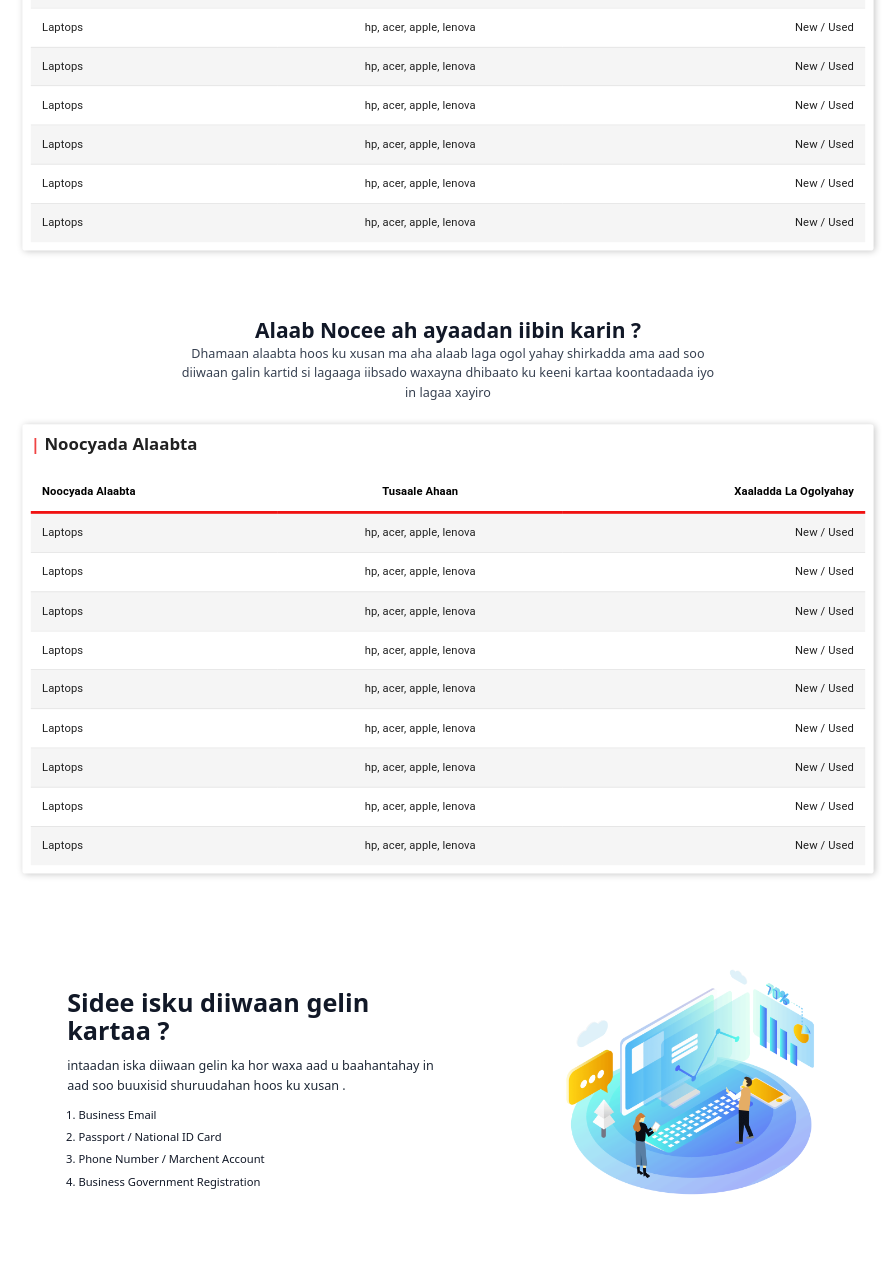
Repository: muraadso/Muraadso-Sellers
Page: /
These files come from the project's save history. The page is drawn as it stood at one moment and after the next save; the edit follows.
The browser window is 1280 px wide. The pictures show the part of the page from y = 2720 to 4640 px (the page is 4540 px tall before and 4640 px after), at 70% of full size.
The project was rebuilt for these pictures with package versions that can differ from the ones it lists, and the page was loaded fresh each time. The framework's server and built-in components were replaced by stand-ins that run in the browser. Also part of the build but not shown: next.config.js.

Above is the page before, as saved 2021-12-08 08:45:12.

### pages/_app.js
import '../styles/globals.css'
 import 'tailwindcss/tailwind.css'
import { Layout } from '../components/Layout'


function MyApp({ Component, pageProps }) {
  return (
    <Layout>
      <Component {...pageProps} />
    </Layout>
  )
}

export default MyApp

### pages/index.js
import Head from 'next/head'
import Image from 'next/image'
import Hero from '../components/Hero'
import About from '../components/About'
import Howtoreg from '../components/Howtoreg'
import Whatsell from '../components/Whatsell'
import styles from '../styles/Home.module.css'
import { How } from '../components/How'
import { style } from '@mui/system'


export default function Home() {
  return (
    <div className={styles.container}>
      <Head>
        <title>Muraadso Sellers</title>
        <meta name="description" content="Generated by create next app" />
        <link rel="icon" href="/favicon.ico" />
      </Head>
      <Hero />
      <About />
      <How />
      <Whatsell />
      <Howtoreg />
    </div>
  )
}

### styles/globals.css
@import url('https://fonts.googleapis.com/css2?family=Lato:ital,wght@0,300;0,400;0,700;0,900;1,700&family=Poppins:wght@200;300;400;500;600;700&display=swap');
html,
body {
  padding: 0;
  margin: 0;
}

a {
  color: inherit;
  text-decoration: none;
}

* {
  box-sizing: border-box;
}


.navbar {
  box-shadow: 2px 1px 7px rgba(0, 0, 0, 0.226);
  font-family: 'Poppins', sans-serif  ;
  font-weight: 500;

}
  .logo{
    font-family: 'Lato', sans-serif;
    font-weight: 700;
    color: rgb(233, 59, 59);
    font-size: 20px ;
  }
  .how-card{
    position: relative;
    box-shadow: 0 2px 10px rgba(0, 0, 0, 0.336) ;
  }
  .regimage{
    height: 400px;
  }




@media screen and  (max-width: 768px){
  .nav{
    padding-top: 40px;
    display: flex;
    flex-direction: column;

  }

  .how-card{
  margin-bottom: 25px;
}

.tablle{
  margin-bottom: 90px;
}
.tablle2{

}
 TableContainer{
   background-color: red;
   display: hidden;
 }

}




@tailwind base;
@tailwind components;
@tailwind utilities

### components/Layout.js
import Navbar from "./Navbar"
import Footer from "./Footer"

export const Layout = ({children}) => {
    return (
        <div className="layout">
            <Navbar />
                {children}
            <Footer />



        </div>
    )
}

### components/Hero.jsx
const Hero = () => {
    return (
        <div className="md:grid-cols-2 md:grid md:mt-11 hero">
                <div className="md:px-16 md:py-36 py-11 herotxt">
                    <h6 className="px-2 font-medium text-gray-500">ku iibi muraadso</h6>
                    <h1 className="my-5 text-3xl font-bold text-gray-800 capitalize md:font-bold md:text-gray-800 md:capitalize lg:text-6xl">sidee ugu iibin krtaa <br /> alaabtaada <span  className="text-red-600 md:text-red-600">muraadso</span></h1>

                    <p className="text-gray-700 md:text-left">
                         Whether you’ve already got an established e-commerce business , a great idea for a new product, or you just have a passion for selling, here’s how to take that next step with Muraadso </p>
                </div>

                <div className="heroimg">
                    <img className="w-4/4 "  src="/images/heroimage.png" alt="heroimage" />
                </div>
        </div>
    )
}

export default Hero

### components/About.jsx

const About = () => {
    return (
        <div className="mt-32">
            <h1 className="text-3xl font-bold text-center">Ku Iibso Muraadso</h1>
            <div className="gap-0 md:px-16 md:grid-cols-2 md:grid about-content">
                <div className="mt-12 aboutimg">
                  <img src="/images/aboutimage.png" className="md:h-96" alt="about image" />
                </div>
                <div className="md:mt-20 mt-11 about-text">
                    <p className="text-xl text-justify">
                        Muraadso waa hogaanka suuqa casriga ee online waana suuq aad ku iibin kartid alaabtaada, ahaw ganacsade alaabta sameeya, mid soo dajiya, si fudud ayaad ugu iibin kartaa suuqa casriga muraadso, sidoo kale ka mid noqo ganacsiyada shabakada internet ku iibiya alaabaha adiga oon ku kharash badan galin, kana faa’idaysanaya khubarada team ka muraadso helayana tobabaro iyo caawimo sidaad ugu iibin lahayd muraadso dhexdeeda Ku dhex iibta muraadso waa wax fudud sidoo kalena kharash yari kaaga bixi karo ama wax kharash ahi kaa baxayn, kaliya waxa lagaaga bahanyay in aad is diwaan galisid, kuna gurtid alaabta aad haysid online shirkada sidaana aad ku bilawdid iibka alaabtaada....<span className="text-red-600">Read More</span>
                    </p>
                </div>


            </div>
        </div>
    )
}

export default About

### components/Howtoreg.jsx
import React from 'react'

const Howtoreg = () => {
  return (
    <div className="flex flex-col md:flex-row md:p-16 howtoreg">
      <div className="grid items-center justify-between md:grid-cols-2 registerdoc">
        <div className="space-y-4 regcontent">
          <h1 className="text-xl font-bold text-gray-900 md:text-4xl">Sidee isku diiwaan gelin kartaa ?</h1>
          <p className="text-lg text-gray-800 ">intaadan iska diiwaan gelin ka hor waxa aad u baahantahay in aad
            soo buuxisid shuruudahan hoos ku xusan .</p>
            <ol className="ml-4 space-y-2 font-medium text-gray-900 list-decimal">
              <li>Business Email</li>
              <li>Passport / National ID Card</li>
              <li>Phone Number / Marchent Account </li>
              <li>Business Government Registration</li>
            </ol>
        </div>
        <div className="flex items-center justify-end regimage">
          <img className="regimage" src="/images/registrationn.png" alt="" />
        </div>

      </div>


    </div>
  )
}

export default Howtoreg

### components/Whatsell.jsx
import * as React from 'react';
import { styled } from '@mui/material/styles';
import Table from '@mui/material/Table';
import TableBody from '@mui/material/TableBody';
import TableCell, { tableCellClasses } from '@mui/material/TableCell';
import TableContainer from '@mui/material/TableContainer';
import TableHead from '@mui/material/TableHead';
import TableRow from '@mui/material/TableRow';
import Paper from '@mui/material/Paper';

const StyledTableCell = styled(TableCell)(({ theme }) => ({

  [`&.${tableCellClasses.head}`]: {
    backgroundColor: theme.palette.common.white,
    color: theme.palette.common.black,
    borderBottom: '4px solid rgb(240, 17, 17)' ,
    fontSize: '16px',
    fontWeight: '600',

  },
  [`&.${tableCellClasses.body}`]: {
    fontSize: 16,
  },
}));

const StyledTableRow = styled(TableRow)(({ theme }) => ({
  '&:nth-of-type(odd)': {
    backgroundColor: theme.palette.action.hover,


  },
  // hide last border
  '&:last-child td, &:last-child th': {
    border: 0,
  },
}));





function createData(noocaAlaabta, tusaale, xaaladda) {
  return { noocaAlaabta, tusaale, xaaladda };
}

const rows = [
  createData('Laptops', 'hp, acer, apple, lenova ', 'New / Used'),
  createData('Laptops', 'hp, acer, apple, lenova ', 'New / Used'),
  createData('Laptops', 'hp, acer, apple, lenova ', 'New / Used'),
  createData('Laptops', 'hp, acer, apple, lenova ', 'New / Used'),
  createData('Laptops', 'hp, acer, apple, lenova ', 'New / Used'),
  createData('Laptops', 'hp, acer, apple, lenova ', 'New / Used'),
  createData('Laptops', 'hp, acer, apple, lenova ', 'New / Used'),
  createData('Laptops', 'hp, acer, apple, lenova ', 'New / Used'),
  createData('Laptops', 'hp, acer, apple, lenova ', 'New / Used'),

];

export default function Whatsell() {
  return (
      <>
    <div className="flex flex-col items-center md:justify-center tablle ">
                <h1 className="text-xl font-bold text-center text-gray-900 md:text-3xl">Alaab Nocee ah ayaad iibin kartaa ?</h1>
                <p className="max-w-3xl mb-8 text-sm text-center text-gray-700 md:text-lg">Waxay ku xirantahy alaabta noceeda, xaaladda alaabta, Category-ga, iyo Brand-ka .
                table-ka hoos ku xusan waxa uu kutusayaa Categoriyada shirkaddu ay ogoshahay iibintooda
                iyo kuwa aysan ogolayn xaaladaha lagu iibinkaro </p>

            <TableContainer className="mw-screen-lg TableContainer" component={Paper} sx={{ padding: "12px", maxWidth: 1500, boxShadow: '2px 1px 11px rgba(0, 0, 0, 0.226)' }}>
        <h1 className="mb-6 text-2xl font-bold "> <span className="font-black text-red-500 ">|</span> Noocyada Alaabta</h1>
      <Table sx={{ minWidth: 700 }} aria-label="customized table">
        <TableHead>
          <TableRow>
            <StyledTableCell>Noocyada Alaabta</StyledTableCell>
            <StyledTableCell align="center"> Tusaale Ahaan</StyledTableCell>
            <StyledTableCell align="right">Xaaladda La Ogolyahay</StyledTableCell>
          </TableRow>
        </TableHead>
        <TableBody>
          {rows.map((row) => (
            <StyledTableRow key={row.noocaAlaabta} sx={{backgroundColor: 'white'}}>
              <StyledTableCell component="th" scope="row">
                {row.noocaAlaabta}
              </StyledTableCell>
              <StyledTableCell   align="center">{row.tusaale}</StyledTableCell>
              <StyledTableCell align="right">{row.xaaladda}</StyledTableCell>
            </StyledTableRow>
          ))}
        </TableBody>
      </Table>
    </TableContainer>

    </div>

    <div className="flex flex-col items-center justify-center mt-24 tablle2 mb-11">
            <h1 className="text-xl font-bold text-center text-gray-900 md:text-3xl">Alaab Nocee ah ayaadan iibin karin ?</h1>
            <p className="max-w-3xl mb-8 text-sm text-center text-gray-700 md:text-lg">Dhamaan alaabta hoos ku xusan ma aha alaab laga ogol yahay shirkadda
                ama aad soo diiwaan galin kartid si lagaaga iibsado waxayna dhibaato
                ku keeni kartaa koontadaada iyo in lagaa xayiro</p>

            <TableContainer className="" component={Paper} sx={{ padding: "12px", maxWidth: 1400, boxShadow: '2px 1px 11px rgba(0, 0, 0, 0.226)' }}>
                        <h1 className="mb-6 text-2xl font-bold"> <span className="font-black text-red-500 ">|</span> Noocyada Alaabta</h1>
      <Table sx={{ minWidth: 700 }} aria-label="customized table">
        <TableHead className="" >
          <TableRow className="">
            <StyledTableCell>Noocyada Alaabta</StyledTableCell>
            <StyledTableCell align="center"> Tusaale Ahaan</StyledTableCell>
            <StyledTableCell align="right">Xaaladda La Ogolyahay</StyledTableCell>
          </TableRow>
        </TableHead>
        <TableBody>
          {rows.map((row) => (
            <StyledTableRow key={row.noocaAlaabta} sx={{backgroundColor: 'white'}}>
              <StyledTableCell  component="th" scope="row">
                {row.noocaAlaabta}
              </StyledTableCell>
              <StyledTableCell   align="center">{row.tusaale}</StyledTableCell>
              <StyledTableCell align="right">{row.xaaladda}</StyledTableCell>
            </StyledTableRow>
          ))}
        </TableBody>
      </Table>
    </TableContainer>

    </div>

     </>
  );
}

### components/How.jsx
export const How = () => {
    return (
        <div className="flex flex-col items-center justify-center mt-32 mb-24 how md:gap-y-4 gap-y-11">
            <div className="howheader">
            <h2 className="text-4xl font-bold text-center">Sidee u shaqaysaa</h2>
            <p className="mt-2 text-lg text-center text-gray-600">habka uu ushaqeeyo adeegan waa sidatan hoos ku xusan</p>
            </div>
            <div className="h-full md:p-16 md:gap-4 gap-72 md:grid-cols-4 md:grid howsteps">

                <div className="relative max-h-full p-6 bg-white border-4 border-red-400 rounded how-card ">
                    <div className="flex items-center justify-center my-4 card-icon ">
                        <img  src="./icons/register.png" alt="register" />

                    </div>
                    <div className="mb-4 text-xl text-center text-gray-800 cardbody">
                        Macmiil iska diiwaan geli adeega, 24h kadib waxad helaysa fariin ah in lagu aqbalay
                    </div>
                    <div className="absolute flex items-center justify-center w-10 h-10 font-bold text-red-500 bg-white border-2 border-red-500 rounded-full md:left-36 -bottom-5 md:left-40 left-36 place-content-center card-number"> <h2>1</h2></div>
                </div>


                <div className="relative max-h-full p-6 bg-white border-4 border-red-400 rounded how-card ">
                    <div className="flex items-center justify-center my-4 card-icon ">
                        <img className="h-24"  src="./icons/features.png" alt="register" />
                    </div>
                    <div className="mb-4 text-xl text-center text-gray-800 cardbody">
                        Macmiil iska diiwaan geli adeega, 24h kadib waxad helaysa fariin ah in lagu aqbalay
                    </div>
                    <div className="absolute flex items-center justify-center w-10 h-10 font-bold text-red-500 bg-white border-2 border-red-500 rounded-full md:left-36 -bottom-5 md:left-40 left-36 place-content-center card-number"> <h2>2</h2></div>
                </div>




                <div className="relative max-h-full p-6 bg-white border-4 border-red-400 rounded how-card ">
                    <div className="flex items-center justify-center my-4 card-icon ">
                        <img className="h-24"  src="./icons/verified.png" alt="register" />

                    </div>
                    <div className="mb-4 text-xl text-center text-gray-800 cardbody">
                        Macmiil iska diiwaan geli adeega, 24h kadib waxad helaysa fariin ah in lagu aqbalay
                    </div>
                    <div className="absolute flex items-center justify-center w-10 h-10 font-bold text-red-500 bg-white border-2 border-red-500 rounded-full md:left-36 -bottom-5 md:left-40 left-36 place-content-center card-number"> <h2>3</h2></div>
                </div>


                <div className="relative max-h-full p-6 bg-white border-4 border-red-400 rounded how-card ">
                    <div className="flex items-center justify-center my-4 card-icon ">
                        <img className="h-24"  src="./icons/givemoney.png" alt="register" />

                    </div>
                    <div className="mb-4 text-xl text-center text-gray-800 cardbody">
                        Macmiil iska diiwaan geli adeega, 24h kadib waxad helaysa fariin ah in lagu aqbalay
                    </div>
                    <div className="absolute flex items-center justify-center w-10 h-10 font-bold text-red-500 bg-white border-2 border-red-500 rounded-full md:left-36 -bottom-5 md:left-40 left-36 place-content-center card-number"> <h2>4</h2></div>
                </div>

            </div>
            <p className="text-center text-gray-800">Wixii faahfaahin ah waxaad kala xiriiri kartaa lambaradan hoos kuugu xusan</p>
            <a className="font-medium text-red-600" href="#">+252 63 3333471</a>

        </div>
    )
}

### components/Navbar.jsx
import React, { useState } from "react";
import { HiOutlineMenuAlt2, HiOutlineMenuAlt3 } from "react-icons/hi";



export default function Navbar() {
  const [showNav, setShowNav] = useState(false);

  return (
    <nav className="sticky top-0 z-20 items-center justify-between bg-white px-14 md:px-24 md:py-3 navbar md:flex">
      <div className="flex items-center justify-between">
        <a href="#">
          <h2>Muraadso</h2>
        </a>


        {showNav ? (
          <HiOutlineMenuAlt3
            onClick={() => setShowNav(!showNav)}
            className="block w-10 h-10 p-2 cursor-pointer md:hidden" />

        ) : (
          <HiOutlineMenuAlt2
            onClick={() => setShowNav(!showNav)}
            className="block w-10 h-10 p-2 cursor-pointer md:hidden"
          />
        )}
      </div>

      <ul
        className={
          (showNav ? "left-0" : "-left-full") +
          " md:static fixed bottom-0 md:ml-24 top-14 md:flex md:space-x-6 items-center md:bg-transparent bg-gray-700 rounded md:rounded-none md:bg-white bg-opacity-90 md:w-auto w-10/12 md:text-gray-800 text-white  md:space-y-0 space-y-5 p-2 transition-left nav"
        }
      >
        <a href="#"> Home</a>
        <a href="#"> About</a>
        <a href="#"> Doc</a>
        <a href="#"> Contact Us</a>
      <a className="px-4 py-2 text-white bg-red-600 rounded" href="">Signup</a>
      </ul>
    </nav>
  );
}

























// const Navbar = () => {
//     return (
//         <div>
//      <div className="sticky top-0 z-20 items-center justify-between bg-white md:flex navbar">
//          <a className="logo" href="#">Muraadso</a>
//          <nav className="fixed bottom-0 items-center w-10/12 p-2 space-y-5 text-white bg-gray-500 md:static top-12 md:flex md:space-x-7 md:bg-transparent bg-opacity-90 md:w-auto md:text-gray-500 md:space-y-0 transition-left nav">
//              <a className="hover:text-red-600" href="">Home</a>
//              <a className="hover:text-red-600" href="">About</a>
//              <a className="hover:text-red-600" href="">Doc</a>
//              <a className="hover:text-red-600" href="">Contact Us</a>
//          </nav>
//          <a href="#" className="px-4 py-2 text-white bg-red-600 rounded hover:bg-red-700 signup ">Signup</a>
//      </div>

//         </div>
//     )
// }

// export default Navbar

### components/Footer.jsx
const Footer = () => {
    return (
        <div>
        </div>
    )
}

export default Footer

### tailwind.config.js
module.exports = {
   purge: ['./pages/**/*.{js,ts,jsx,tsx}', './components/**/*.{js,ts,jsx,tsx}'],
  darkMode: false, // or 'media' or 'class'
  theme: {
    extend: {
      transitionProperty: {
         'left': 'left',
        }
    },

  },
  variants: {
    extend: {},
  },
  plugins: [],
}

Loaded but not shown: styles/Home.module.css (common file)

After the next save:
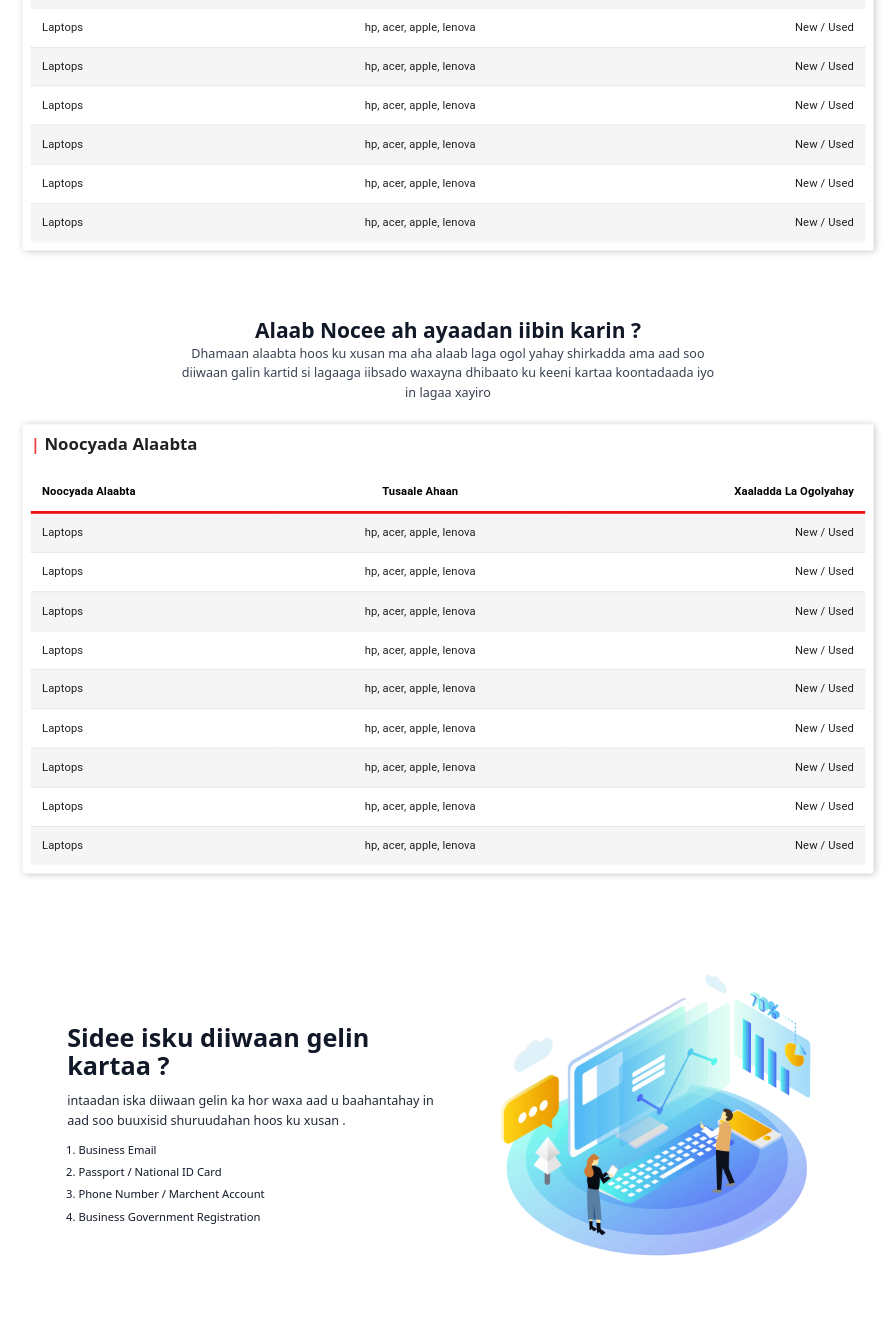
Saved 77 s later.
--- a/styles/globals.css
+++ b/styles/globals.css
@@ -32,7 +32,7 @@ a {
     box-shadow: 0 2px 10px rgba(0, 0, 0, 0.336) ;
   }
   .regimage{
-    height: 400px;
+    height: 500px;
   }
 
 
